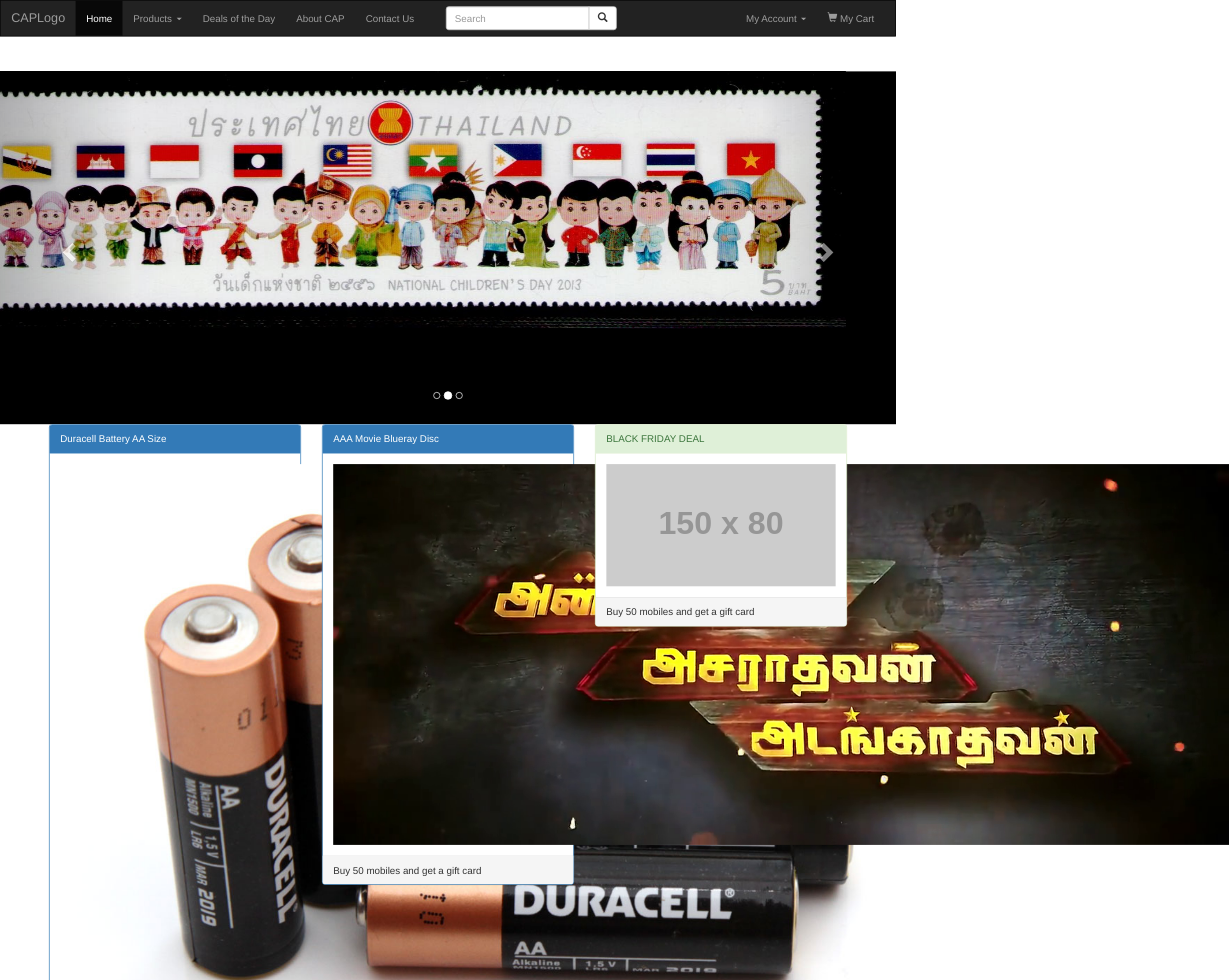
Repository: Guru-Raghavendran/CoinsAndPapers_webapp
Page: http://localhost/FrontEnd/WEB-INF/views/Home.jsp
These files come from the project's save history. The page is drawn as it stood at one moment and after the next save; the edit follows.
The browser window is 1280 px wide. The page is 1756 px wide, so the pictures cover 1756 px, including what lies to the right of the window. The pictures show the part of the page from y = 0 to 1400 px (the page is 2304 px tall before and 2232 px after), at 70% of full size.
The page is served by Tomcat 9. Nobody is signed in. The template is opened directly, without the code that normally fills it, so the values that code supplies are empty.

Above is the page before, as saved 2018-04-16 07:23:54.

After the next save:
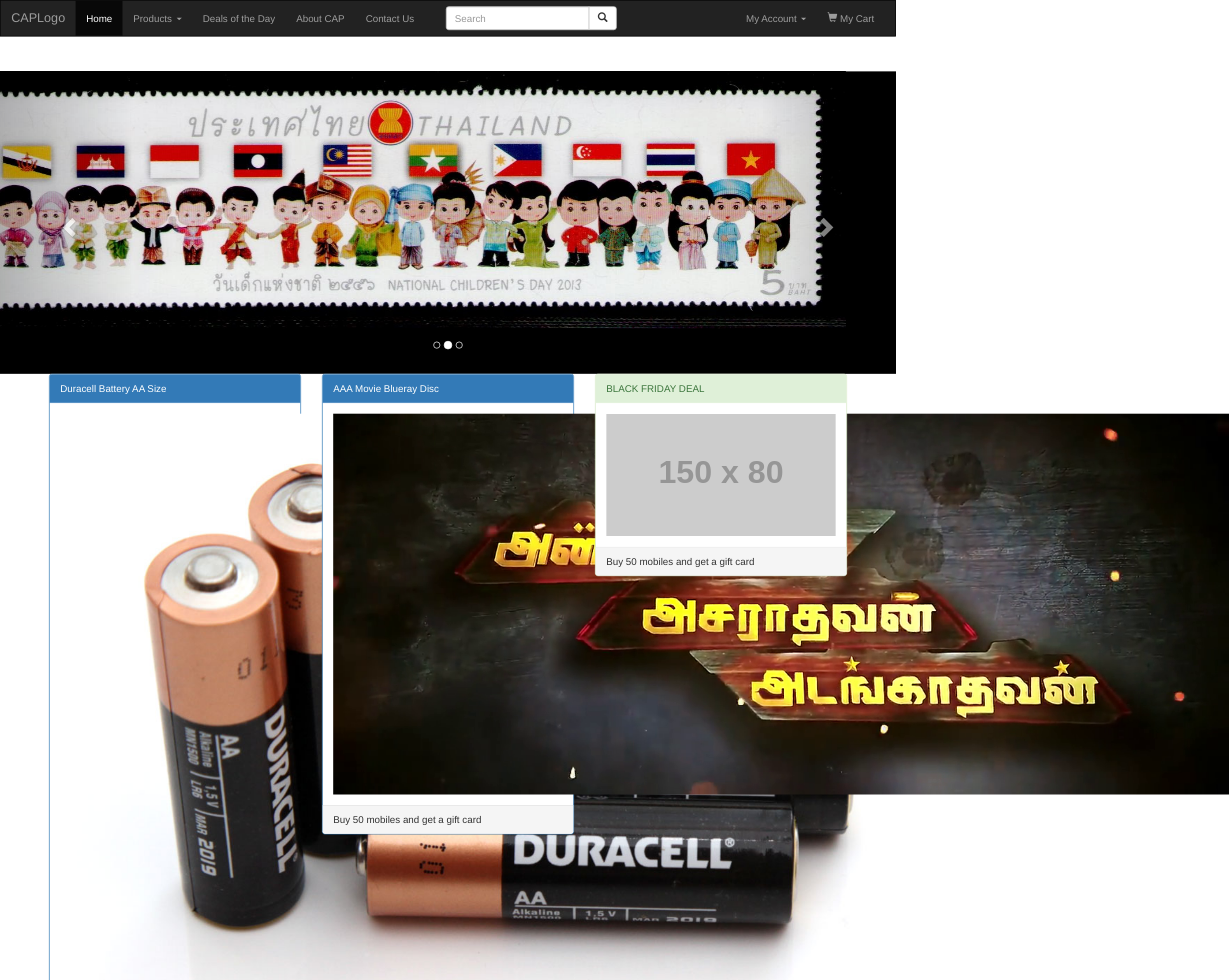
Saved 3 min 4 s later.
--- a/FrontEnd/src/main/webapp/WEB-INF/views/Home.jsp
+++ b/FrontEnd/src/main/webapp/WEB-INF/views/Home.jsp
@@ -36,7 +36,7 @@
 }
 .carousel-inner{
   width:100%;
-  height: 70vh ;
+  height: 60vh ;
 
 }
 
@@ -65,7 +65,7 @@
   <!-- Wrapper for slides -->
   <div class="carousel-inner">
     <div class="item active">
-      <img class="center-block" style="position: center-center;" src="<c:url value="/resources/images/stamp_thailand_childrensday2013 (1).jpeg" />" alt="Image" style="width:100%;">
+      <img class="center-block" style="position: center down;" src="<c:url value="/resources/images/stamp_thailand_childrensday2013 (1).jpeg" />" alt="Image" style="width:100%;">
     </div>
 
     <div class="item">
@@ -73,7 +73,7 @@
     </div>
 
     <div class="item">
-      <img class="center-block"style="position: center center;"src="<c:url value="/resources/images/one mohur india.jpg"/>" alt ="Image"style="width:100%;">
+      <img class="center-block responsive"style="position: center center;"src="<c:url value="/resources/images/1188551.jpg"/>" alt ="Image"style="width:100%;">
     </div>
   </div>
 
